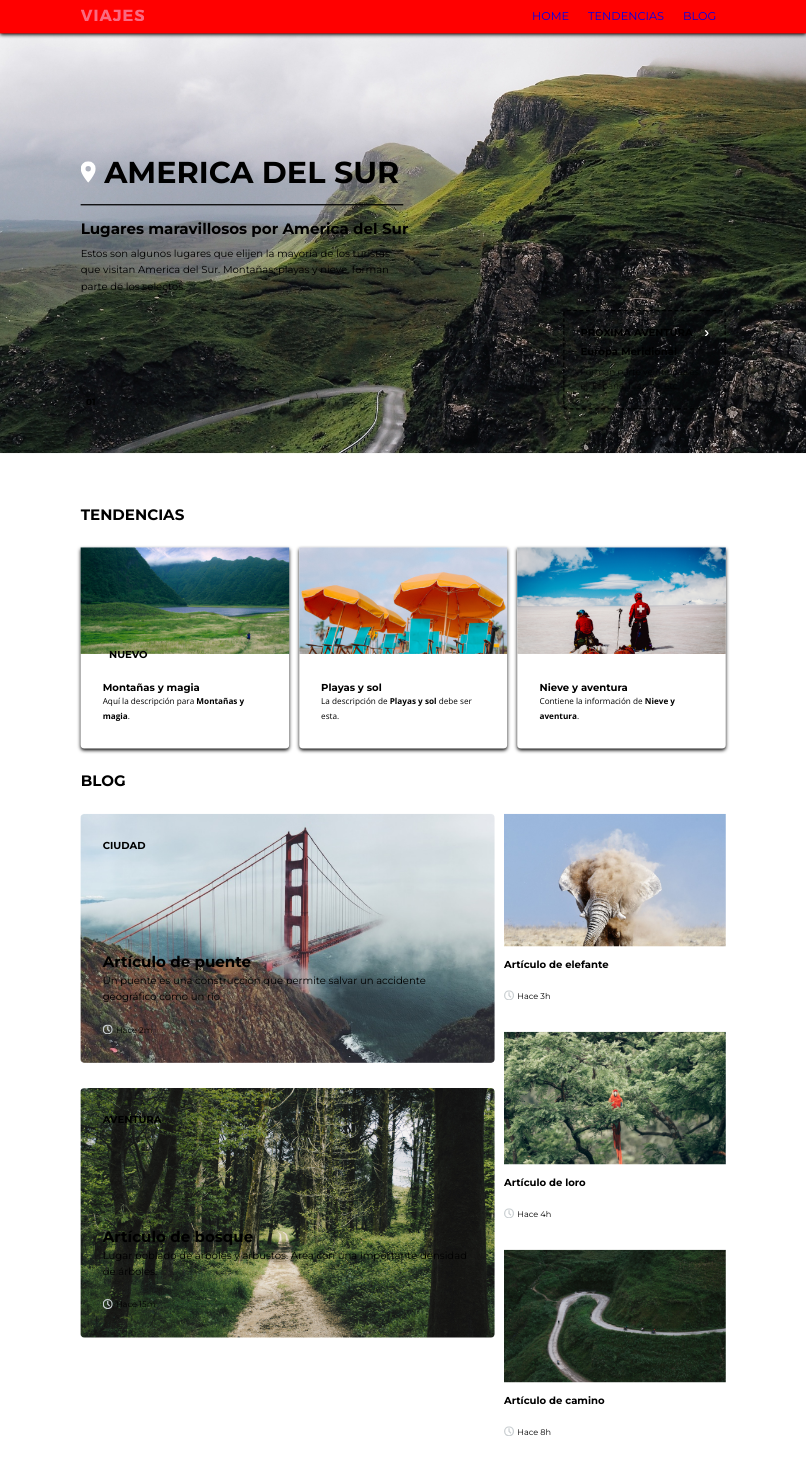
Repository: agustin-mesa/viajes
Page: /
These files come from the project's save history. The page is drawn as it stood at one moment and after the next save; the edit follows.
The browser window is 1280 px wide. The pictures show the whole page, at 63% of full size.
The project was rebuilt for these pictures with package versions that can differ from the ones it lists, and the page was loaded fresh each time. Also part of the build but not shown: src/components/styles/colors.module.scss.

Above is the page before, as saved 2021-11-12 01:08:56.

After the next save:
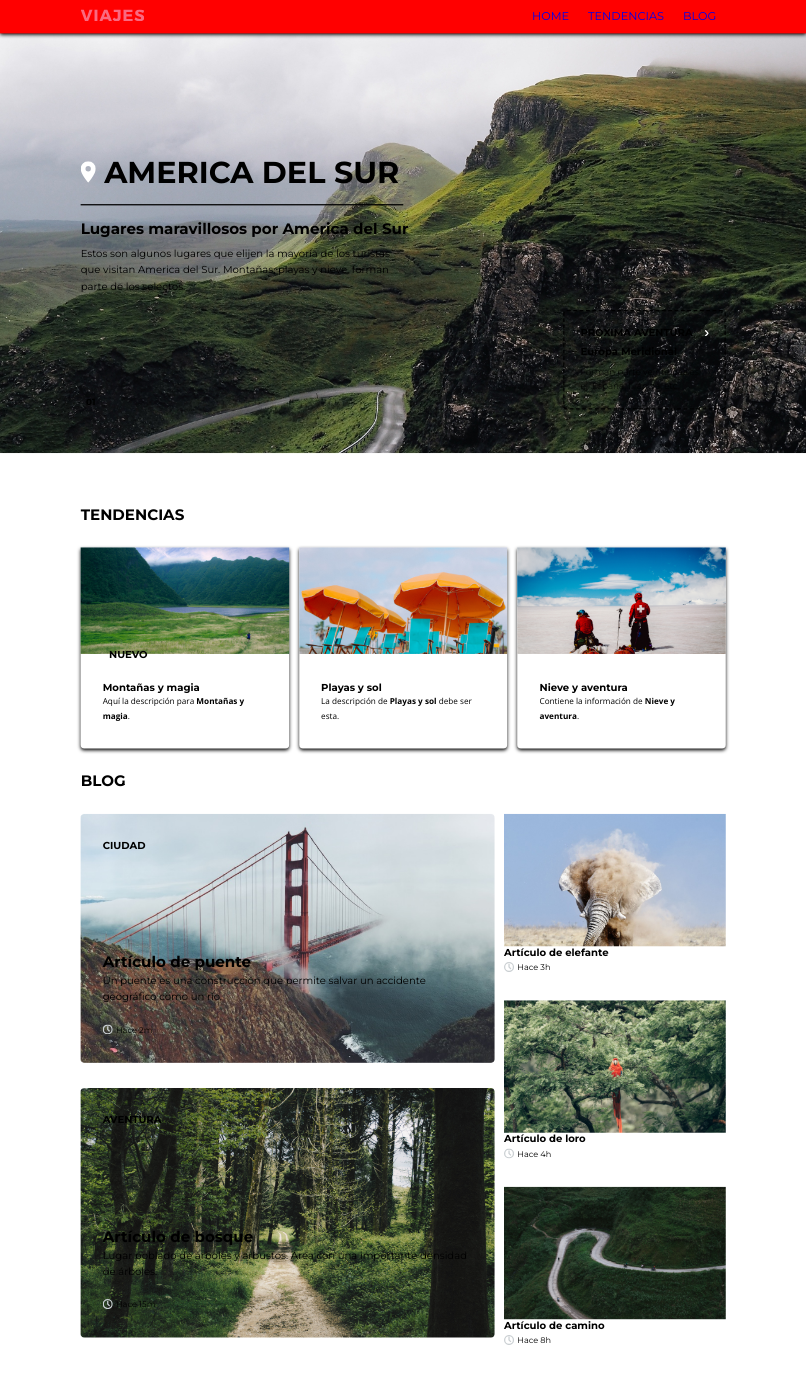
Saved 31 s later.
--- a/src/components/SmallNewItem.js
+++ b/src/components/SmallNewItem.js
@@ -26,7 +26,7 @@ const NewItemSmall = styled.div`
   justify-content: center;
   flex-direction: column;
   margin: 0 0 40px;
-  span {
+  span:first-child {
     margin: 20px 0 5px;
   }
 `;
